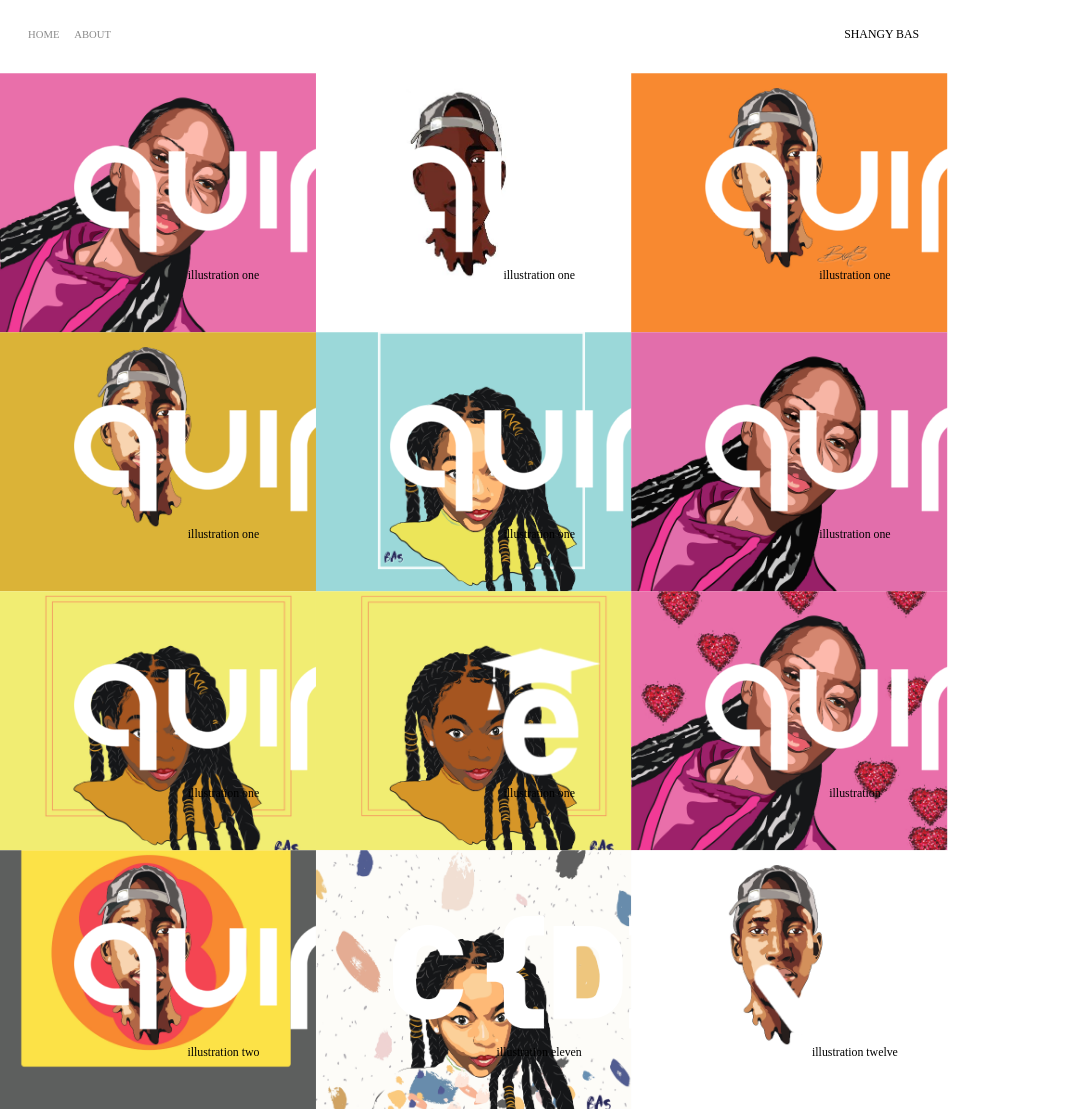
Repository: Basalil1/Basillustration.github.io
Page: index.html
These files come from the project's save history. The page is drawn as it stood at one moment and after the next save; the edit follows.
The browser window is 1280 px wide. The page is 1457 px wide, then 1280 px, so the pictures cover 1457 px, including what lies to the right of the window. The pictures show the whole page, at 74% of full size.

Above is the page before, as saved 2020-05-08 04:43:47.

After the next save:
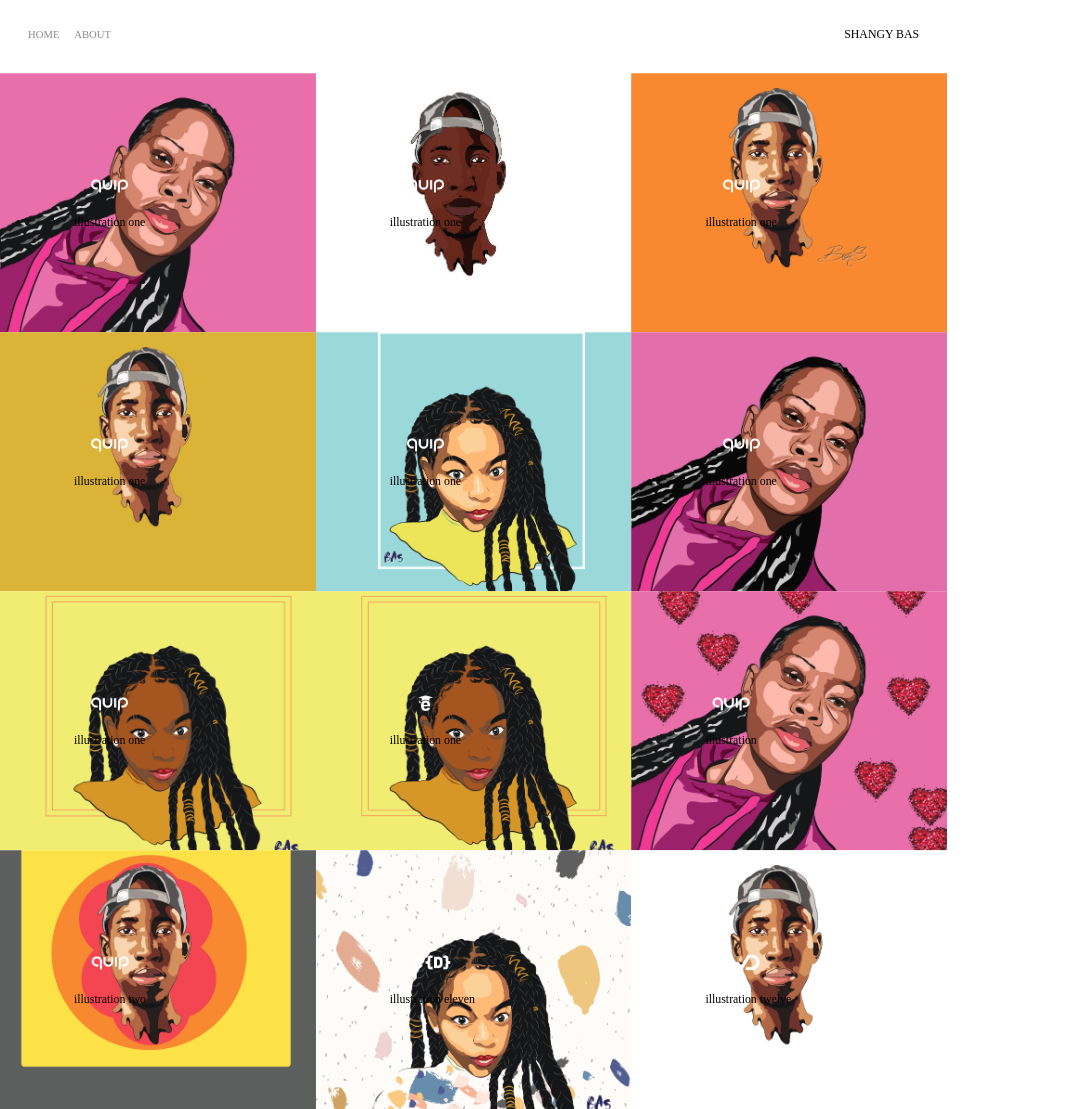
Saved 35 s later.
--- a/styles.css
+++ b/styles.css
@@ -75,4 +75,7 @@
     padding-right: 100px;
 }
 
-.logo-wrapper img {}
+.logo-wrapper img {
+    width: 50px;
+    margin-bottom: 25px;
+}
